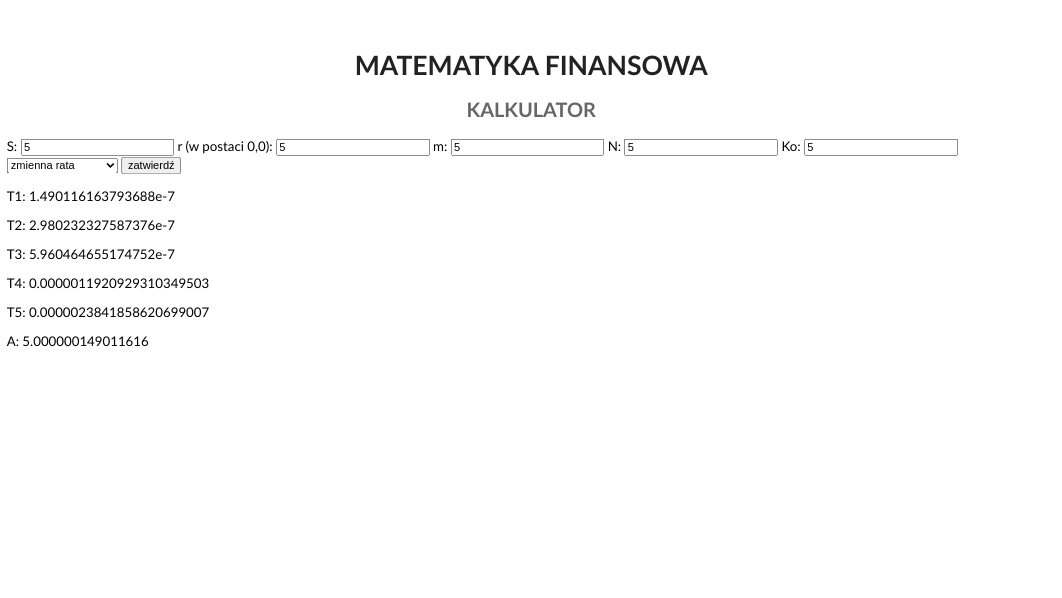
Repository: ravkita/MFCalc
Page: index.html
These files come from the project's save history. The page is drawn as it stood at one moment and after the next save; the edit follows.
The browser window is 1280 px wide. The pictures show the whole page, at 83% of full size.
Empty fields were first filled with sample values (such as "Sample", 5 or name@example.com).
After loading, the first visible `#confirm` was clicked once.

Above is the page before, as saved 2021-04-12 18:40:22.

After the next save:
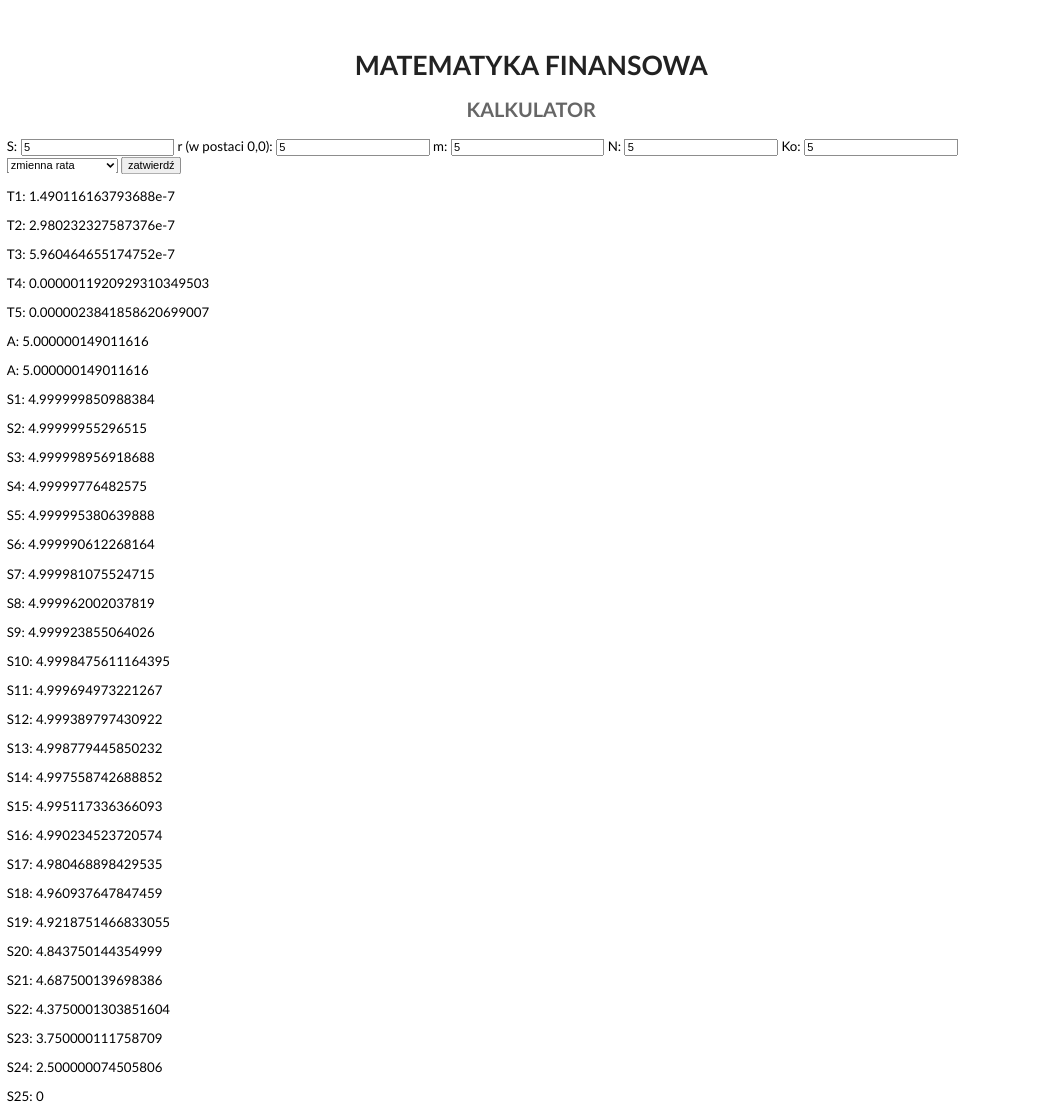
Saved 60 s later.
--- a/index.html
+++ b/index.html
@@ -134,6 +134,7 @@
                     case "1":
                     rataZmienna();
                     kwotaPlatnosciStala();
+                    saldoPrzyStałejKwocie();
                     break;
                     case "2":
                     kwotaPlatnosciZmienna();
